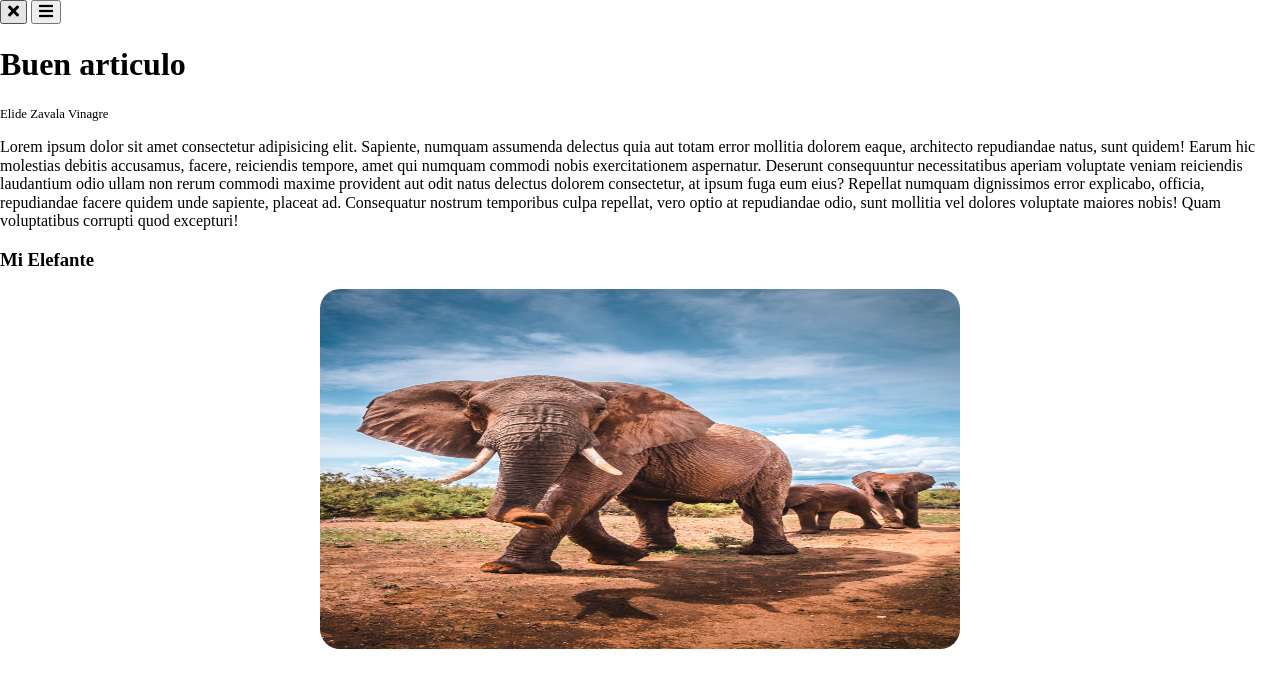
Repository: ElideZavala/Navagacion-en-rotacion
Page: index.html
An editor plug-in stored every save of this project. The page is shown before and after the next save, followed by the edit.
The browser window is 1280 px wide. The pictures show the whole page.

Above is the page before, as saved 2021-05-29 08:03:41.

After the next save:
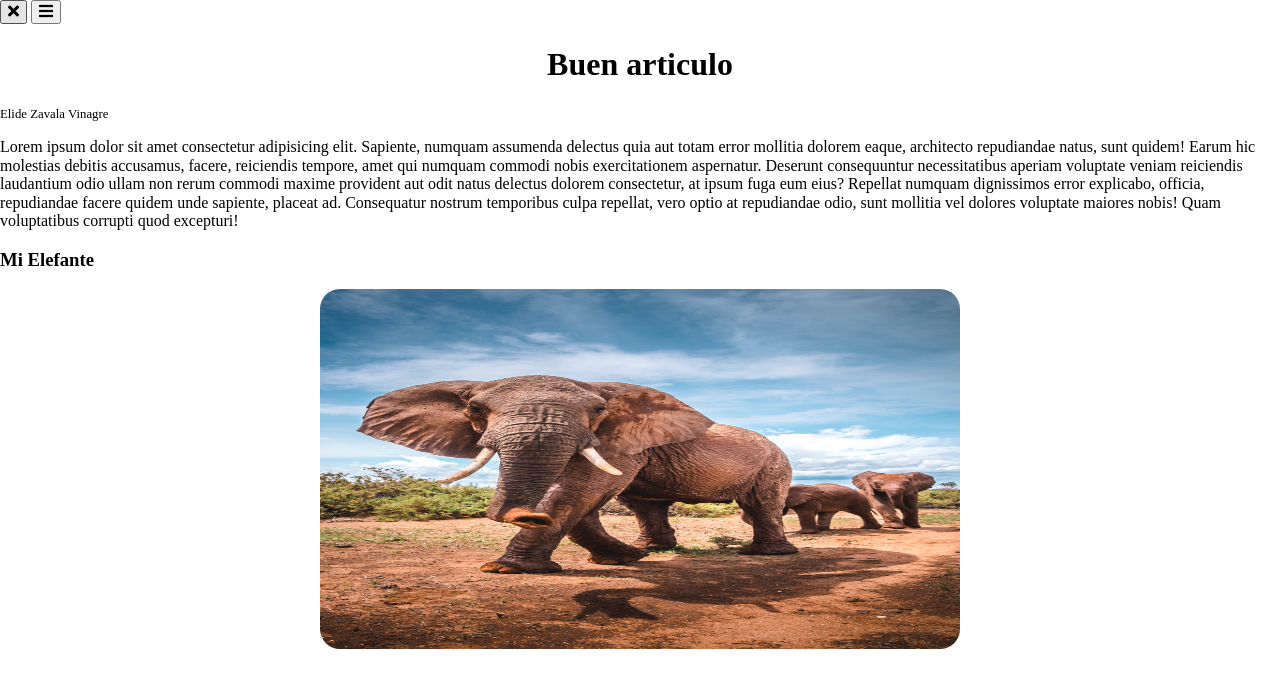
Saved 17 s later.
--- a/style.css
+++ b/style.css
@@ -1,5 +1,9 @@
 body{
 	box-sizing: border-box;
+}
+
+.title {
+	text-align: center;
 }
 
 .img{
